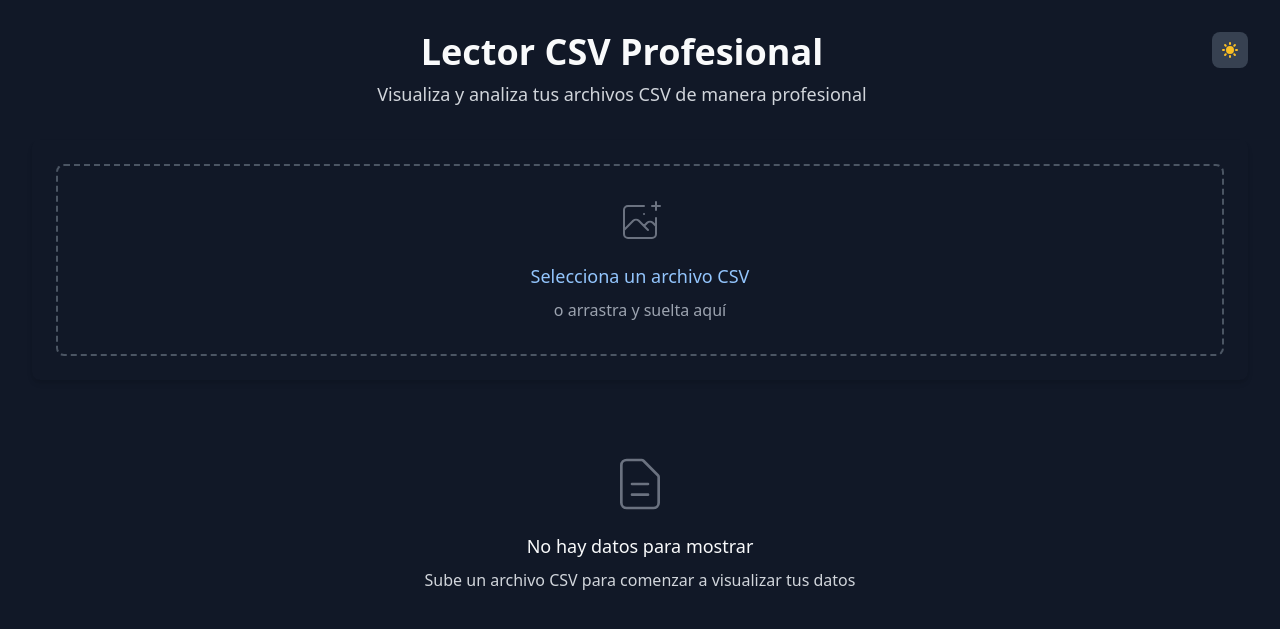
Repository: aitorcachero/lector-csv
Page: /
The author's editor kept a copy of each file at every save. The page is drawn from the files as they stood at one save, then again after the next save.
The browser window is 1280 px wide. The pictures show the whole page.
The project was rebuilt for these pictures with package versions that can differ from the ones it lists, and the page was loaded fresh each time. The framework's server and built-in components were replaced by stand-ins that run in the browser. Also part of the build but not shown: next.config.mjs.

Above is the page before, as saved 2025-06-23 11:29:36.

After the next save:
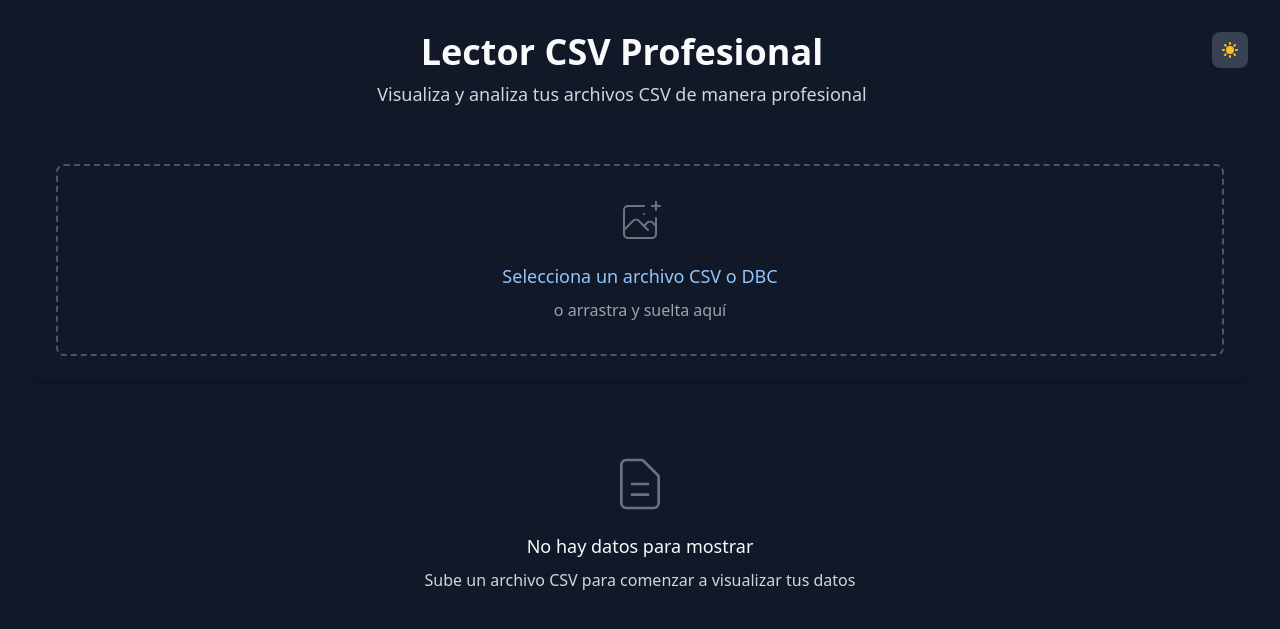
Saved 12 s later.
--- a/src/app/page.js
+++ b/src/app/page.js
@@ -232,7 +232,7 @@ export default function CSVViewer() {
               </svg>
               <label htmlFor="csv-upload" className="cursor-pointer">
                 <span className="text-lg font-medium text-blue-600 hover:text-blue-500">
-                  Selecciona un archivo CSV
+                  Selecciona un archivo CSV o DBC
                 </span>
                 <input
                   id="csv-upload"
